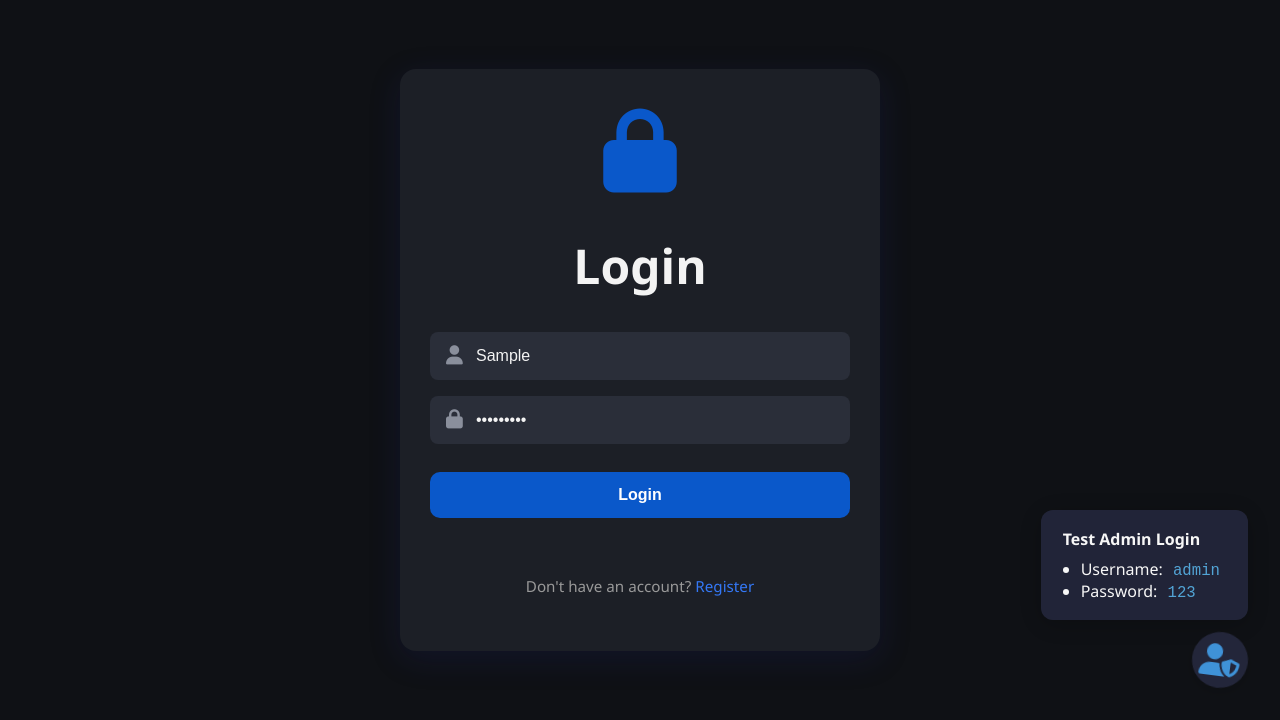
Repository: lowluds/auth-flask
Page: http://localhost/login
The author's editor kept a copy of each file at every save. The page is drawn from the files as they stood at one save, then again after the next save.
The browser window is 1280 px wide. The pictures show the whole page.
Empty fields were first filled with sample values (such as "Sample", 5 or name@example.com).
After loading, the first visible `#adminInfoFab` was clicked once.
The page is served by the project's application, run on Flask 3 (login.py).

Above is the page before, as saved 2025-07-11 00:26:52.

After the next save:
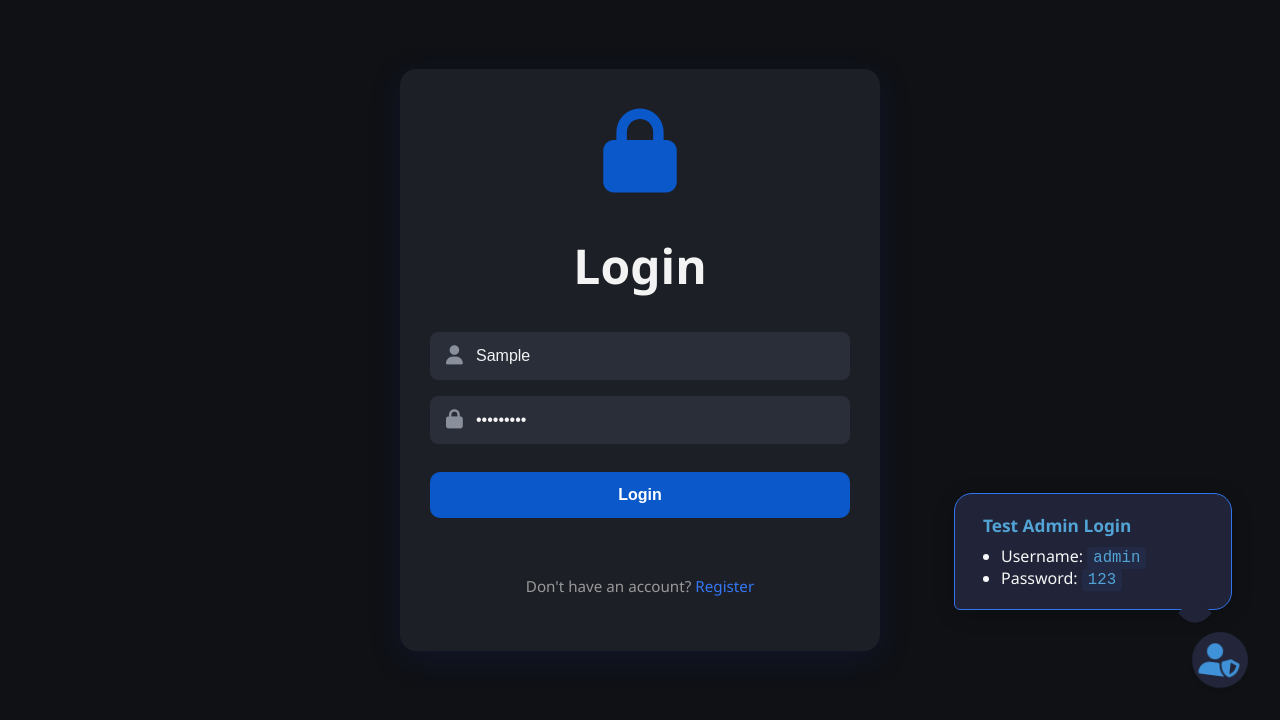
Saved 26 s later.
--- a/static/register.css
+++ b/static/register.css
@@ -289,6 +289,71 @@ p {
     animation: bubbleUp 1.8s infinite;
 }
 
+.admin-info-tooltip {
+    position: fixed;
+    bottom: 110px;
+    right: 48px;
+    background: #23263a;
+    color: #fff;
+    padding: 20px 28px;
+    border-radius: 18px 18px 18px 6px;
+    box-shadow: 0 4px 24px rgba(0,0,0,0.22);
+    z-index: 10000;
+    font-size: 1rem;
+    opacity: 0;
+    pointer-events: none;
+    transform: translateY(20px);
+    transition: opacity 0.2s, transform 0.2s;
+    min-width: 220px;
+    max-width: 320px;
+    text-align: left;
+}
+
+/* Show the tooltip when active */
+.admin-info-tooltip.active {
+    opacity: 0.97;
+    pointer-events: auto;
+    transform: translateY(0);
+}
+
+/* Chat bubble tail */
+.admin-info-tooltip::after {
+    content: "";
+    position: absolute;
+    bottom: -16px;
+    right: 24px;
+    width: 24px;
+    height: 24px;
+    background: #23263a;
+    border-radius: 0 0 18px 0;
+    transform: rotate(45deg);
+    box-shadow: 2px 2px 6px rgba(0,0,0,0.12);
+    z-index: -1;
+}
+
+/* Optional: subtle chat bubble border */
+.admin-info-tooltip {
+    border: 1.5px solid #3478f6;
+}
+
+/* Style the code and list for clarity */
+.admin-info-tooltip code {
+    background: rgba(52,120,246,0.08);
+    color: #5ad;
+    padding: 2px 6px;
+    border-radius: 4px;
+    font-size: 0.98em;
+}
+.admin-info-tooltip ul {
+    margin: 8px 0 0 0;
+    padding-left: 18px;
+}
+.admin-info-tooltip strong {
+    color: #5ad;
+    font-size: 1.08em;
+    font-weight: 600;
+}
+
 @keyframes colorShift {
     0%, 100% { color: #0a58ca; }
     50% { color: #5ad; }
